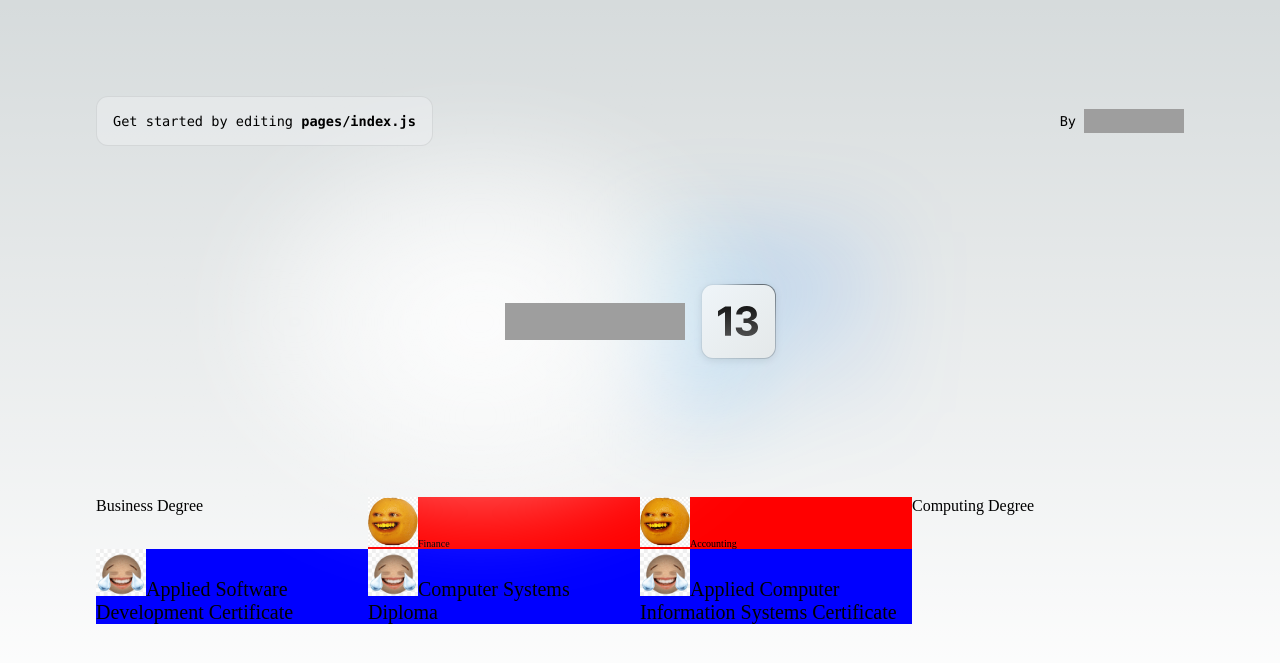
Repository: karthur1/class-example-3
Page: /
The author's editor kept a copy of each file at every save. The page is drawn from the files as they stood at one save, then again after the next save.
The browser window is 1280 px wide. The pictures show the whole page.
Pictures or frames that could not be fetched are drawn as grey boxes. The project was rebuilt for these pictures with package versions that can differ from the ones it lists, and the page was loaded fresh each time. The framework's server and built-in components were replaced by stand-ins that run in the browser. Also part of the build but not shown: next.config.js.

Above is the page before, as saved 2023-01-16 11:31:17.

### pages/index.js
import Head from 'next/head'
import Image from 'next/image'
import { Inter } from '@next/font/google'
import styles from '@/styles/Home.module.css'
import data from '../data/education.json'
import {useState} from 'react'
import Card from '../components/Card'

const inter = Inter({ subsets: ['latin'] })

export default function Home() {

  console.log(data)
  const [information, setInformation] = useState([...data])
  console.log(information)

  return (
    <>
      <Head>
        <title>Create Next App</title>
        <meta name="description" content="Generated by create next app" />
        <meta name="viewport" content="width=device-width, initial-scale=1" />
        <link rel="icon" href="/favicon.ico" />
      </Head>
      <main className={styles.main}>
        <div className={styles.description}>
          <p>
            Get started by editing&nbsp;
            <code className={styles.code}>pages/index.js</code>
          </p>
          <div>
            <a
              href="https://vercel.com?utm_source=create-next-app&utm_medium=default-template&utm_campaign=create-next-app"
              target="_blank"
              rel="noopener noreferrer"
            >
              By{' '}
              <Image
                src="/vercel.svg"
                alt="Vercel Logo"
                className={styles.vercelLogo}
                width={100}
                height={24}
                priority
              />
            </a>
          </div>
        </div>

        <div className={styles.center}>
          <Image
            className={styles.logo}
            src="/next.svg"
            alt="Next.js Logo"
            width={180}
            height={37}
            priority
          />
          <div className={styles.thirteen}>
            <Image
              src="/thirteen.svg"
              alt="13"
              width={40}
              height={31}
              priority
            />
          </div>
        </div>

        <div className={styles.grid}>
          <div>Business Degree</div>
          {information && information.map((info, index) => {
            if(info.department === "Business") {
              return(
              <Card key={index} degree={info.degree} colour="red" font="10px"/>
            )
          }
        })}
                  <div>Computing Degree</div>
          {information && information.map((info, index) => {
            if(info.department === "Computing") {

             return(
              <Card key={index} degree={info.degree} colour="blue" font="20px"/>
             )
          }
        })}
        </div>
      </main>
    </>
  )
}

### styles/Home.module.css
.main {
  display: flex;
  flex-direction: column;
  justify-content: space-between;
  align-items: center;
  padding: 6rem;
  min-height: 100vh;
}

.description {
  display: inherit;
  justify-content: inherit;
  align-items: inherit;
  font-size: 0.85rem;
  max-width: var(--max-width);
  width: 100%;
  z-index: 2;
  font-family: var(--font-mono);
}

.description a {
  display: flex;
  justify-content: center;
  align-items: center;
  gap: 0.5rem;
}

.description p {
  position: relative;
  margin: 0;
  padding: 1rem;
  background-color: rgba(var(--callout-rgb), 0.5);
  border: 1px solid rgba(var(--callout-border-rgb), 0.3);
  border-radius: var(--border-radius);
}

.code {
  font-weight: 700;
  font-family: var(--font-mono);
}

.grid {
  display: grid;
  grid-template-columns: repeat(4, minmax(25%, auto));
  width: var(--max-width);
  max-width: 100%;
}



.card {
  padding: 1rem 1.2rem;
  border-radius: var(--border-radius);
  background: rgba(var(--card-rgb), 0);
  border: 1px solid rgba(var(--card-border-rgb), 0);
  transition: background 200ms, border 200ms;
}

.card span {
  display: inline-block;
  transition: transform 200ms;
}

.card h2 {
  font-weight: 600;
  margin-bottom: 0.7rem;
}

.card p {
  margin: 0;
  opacity: 0.6;
  font-size: 0.9rem;
  line-height: 1.5;
  max-width: 30ch;
}

.center {
  display: flex;
  justify-content: center;
  align-items: center;
  position: relative;
  padding: 4rem 0;
}

.center::before {
  background: var(--secondary-glow);
  border-radius: 50%;
  width: 480px;
  height: 360px;
  margin-left: -400px;
}

.center::after {
  background: var(--primary-glow);
  width: 240px;
  height: 180px;
  z-index: -1;
}

.center::before,
.center::after {
  content: '';
  left: 50%;
  position: absolute;
  filter: blur(45px);
  transform: translateZ(0);
}

.logo,
.thirteen {
  position: relative;
}

.thirteen {
  display: flex;
  justify-content: center;
  align-items: center;
  width: 75px;
  height: 75px;
  padding: 25px 10px;
  margin-left: 16px;
  transform: translateZ(0);
  border-radius: var(--border-radius);
  overflow: hidden;
  box-shadow: 0px 2px 8px -1px #0000001a;
}

.thirteen::before,
.thirteen::after {
  content: '';
  position: absolute;
  z-index: -1;
}

/* Conic Gradient Animation */
.thirteen::before {
  animation: 6s rotate linear infinite;
  width: 200%;
  height: 200%;
  background: var(--tile-border);
}

/* Inner Square */
.thirteen::after {
  inset: 0;
  padding: 1px;
  border-radius: var(--border-radius);
  background: linear-gradient(
    to bottom right,
    rgba(var(--tile-start-rgb), 1),
    rgba(var(--tile-end-rgb), 1)
  );
  background-clip: content-box;
}

/* Enable hover only on non-touch devices */
@media (hover: hover) and (pointer: fine) {
  .card:hover {
    background: rgba(var(--card-rgb), 0.1);
    border: 1px solid rgba(var(--card-border-rgb), 0.15);
  }

  .card:hover span {
    transform: translateX(4px);
  }
}

@media (prefers-reduced-motion) {
  .thirteen::before {
    animation: none;
  }

  .card:hover span {
    transform: none;
  }
}

/* Mobile */
@media (max-width: 700px) {
  .content {
    padding: 4rem;
  }

  .grid {
    grid-template-columns: 1fr;
    margin-bottom: 120px;
    max-width: 320px;
    text-align: center;
  }

  .card {
    padding: 1rem 2.5rem;
  }

  .card h2 {
    margin-bottom: 0.5rem;
  }

  .center {
    padding: 8rem 0 6rem;
  }

  .center::before {
    transform: none;
    height: 300px;
  }

  .description {
    font-size: 0.8rem;
  }

  .description a {
    padding: 1rem;
  }

  .description p,
  .description div {
    display: flex;
    justify-content: center;
    position: fixed;
    width: 100%;
  }

  .description p {
    align-items: center;
    inset: 0 0 auto;
    padding: 2rem 1rem 1.4rem;
    border-radius: 0;
    border: none;
    border-bottom: 1px solid rgba(var(--callout-border-rgb), 0.25);
    background: linear-gradient(
      to bottom,
      rgba(var(--background-start-rgb), 1),
      rgba(var(--callout-rgb), 0.5)
    );
    background-clip: padding-box;
    backdrop-filter: blur(24px);
  }

  .description div {
    align-items: flex-end;
    pointer-events: none;
    inset: auto 0 0;
    padding: 2rem;
    height: 200px;
    background: linear-gradient(
      to bottom,
      transparent 0%,
      rgb(var(--background-end-rgb)) 40%
    );
    z-index: 1;
  }
}

/* Tablet and Smaller Desktop */
@media (min-width: 701px) and (max-width: 1120px) {
  .grid {
    grid-template-columns: repeat(2, 50%);
  }
}

@media (prefers-color-scheme: dark) {
  .vercelLogo {
    filter: invert(1);
  }

  .logo,
  .thirteen img {
    filter: invert(1) drop-shadow(0 0 0.3rem #ffffff70);
  }
}

@keyframes rotate {
  from {
    transform: rotate(360deg);
  }
  to {
    transform: rotate(0deg);
  }
}

### data/education.json
[
        {
            "studentNumber": "A0004567",
            "firstName": "Person 1",
            "gpa": 3.8,
            "department": "Business",
            "degree": "Finance",
            "graduted": 2014
        },
        {
            "studentNumber": "A0001234",
            "firstName": "Person 2",
            "gpa": 3.5,
            "department": "Business",
            "degree": "Accounting",
            "graduted": 2010
        },
        {
            "studentNumber": "A0007890",
            "firstName": "Person 3",
            "gpa": 3.2,
            "department": "Computing",
            "degree": "Applied Software Development Certificate",
            "graduted": 2018
        },
        {
            "studentNumber": "A0007828",
            "firstName": "Person 4",
            "gpa": 3.9,
            "department": "Computing",
            "degree": "Computer Systems Diploma",
            "graduted": 2021
        },
        {
            "studentNumber": "A0003425",
            "firstName": "Person 5",
            "gpa": 3.2,
            "department": "Computing",
            "degree": "Applied Computer Information Systems Certificate",
            "graduted": 2021
        }
]

### components/Card/index.js
export default function Card( {
   degree = "none",
   colour = "purple",
   font = "0",
   images = "icons/icon3.png"

    }) {   return(
        <div style={{backgroundColor: colour, fontSize:font}}>
                {
                    colour === "red" ? <img src={'icons/icon2.png'} width="50"/>:
                    colour === "blue" ? <img src={'icons/icon3.jpg'} width="50"/>:
                                        <img src={images} width="50"/>
                }
                {degree}

        </div>
    )
}

Loaded but not shown: pages/_app.js (common file); pages/_document.js (common file); styles/globals.css (common file)

After the next save:
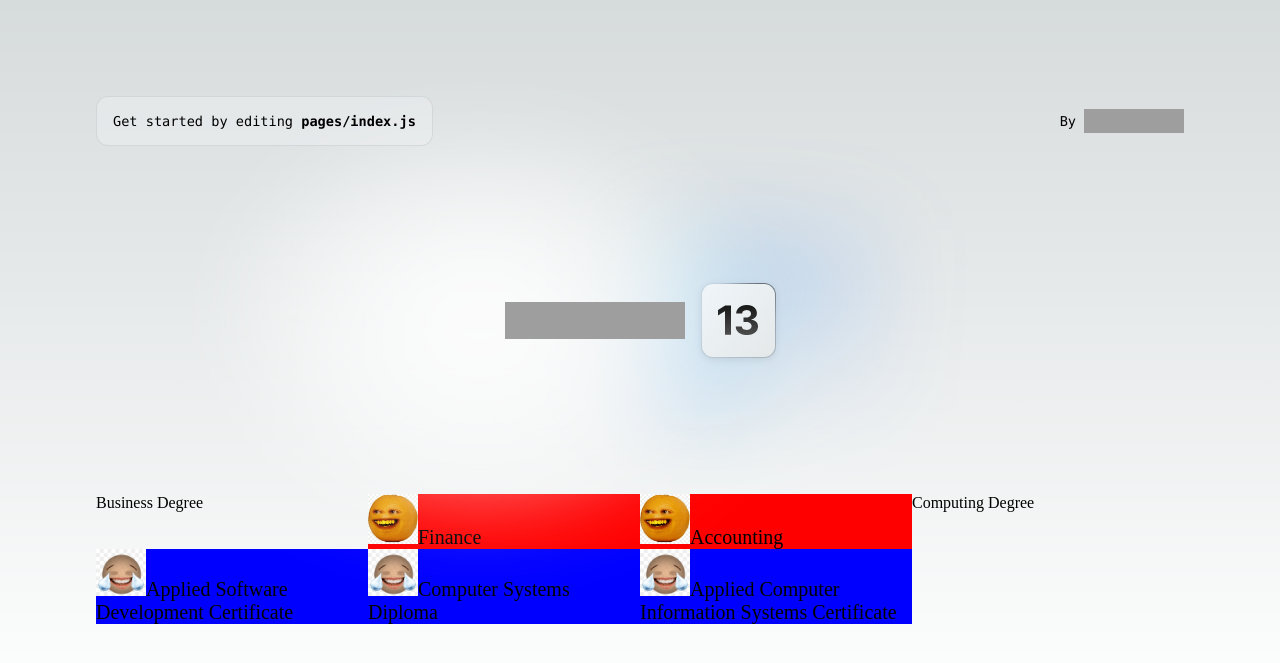
Saved 10 s later.
--- a/pages/index.js
+++ b/pages/index.js
@@ -72,7 +72,7 @@
           {information && information.map((info, index) => {
             if(info.department === "Business") {
               return(
-              <Card key={index} degree={info.degree} colour="red" font="10px"/>
+              <Card key={index} degree={info.degree} colour="red" font="20px"/>
             )
           }
         })}
